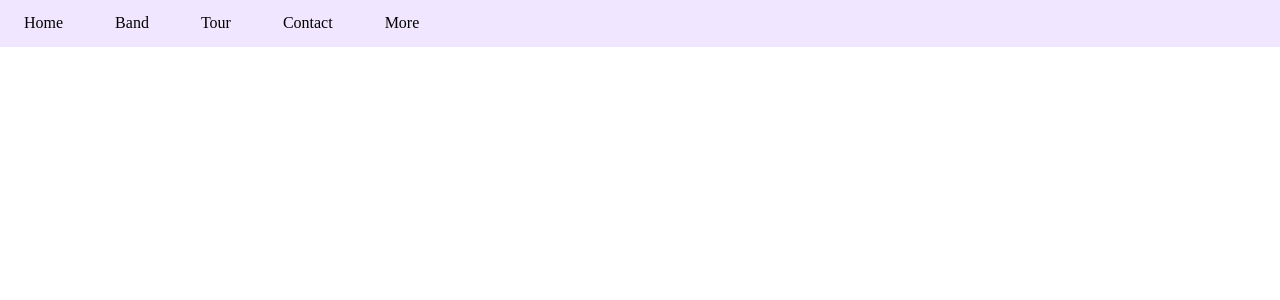
Repository: Ducspdn/WeTheBandF8
Page: w3_band/index.html
An editor plug-in stored every save of this project. The page is shown before and after the next save, followed by the edit.
The browser window is 1280 px wide. The pictures show the whole page.

Above is the page before, as saved 2023-01-16 15:56:25.

After the next save:
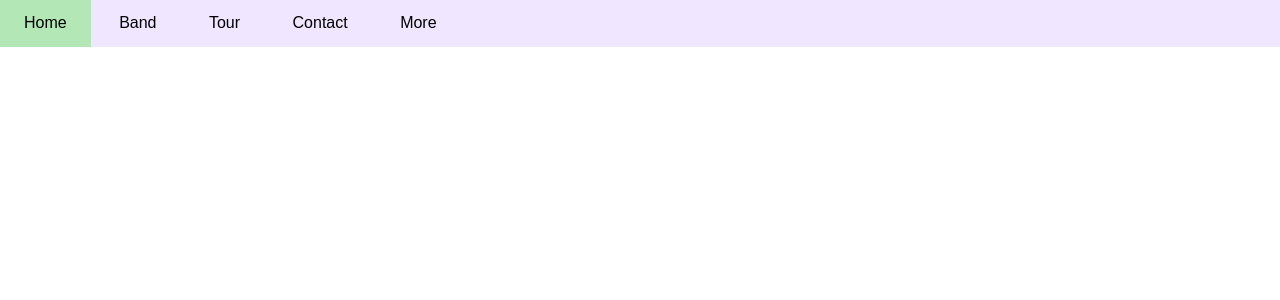
Saved 14 min 57 s later.
--- a/w3_band/assets/css/style.css
+++ b/w3_band/assets/css/style.css
@@ -3,6 +3,13 @@
     padding :0 ;
     margin: 0;
     box-sizing: border-box;
+    /* thẻ * áp dụng cho tất cả các thẻ luôn */
+}
+html{
+    font-family: Arial, Helvetica, sans-serif ;
+    /* 1 và 2 là kiểu chữ đọc từ máy nếu không có 1 và 2 thì chạy sang 3 , 3 chủng form bất kì */
+    /* set font chữ cho toàn Website */
+    /* chỉ kế thừa thẻ nào có chữ */
 }
 /* từ ngoài vào trong */
 /* từ trên xuống dưới */
@@ -35,6 +42,11 @@
     padding-left : 24px;
     padding-right: 24px;
     /* đổi form chữ cần kĩ thuật nhúng , chưa học */
+    display: inline-block;
+}
+#nav li:hover a{
+    color: black;
+    background-color: rgba(123, 234, 111, 0.5) ;
 }
 #nav .subnav{
     display: none;
